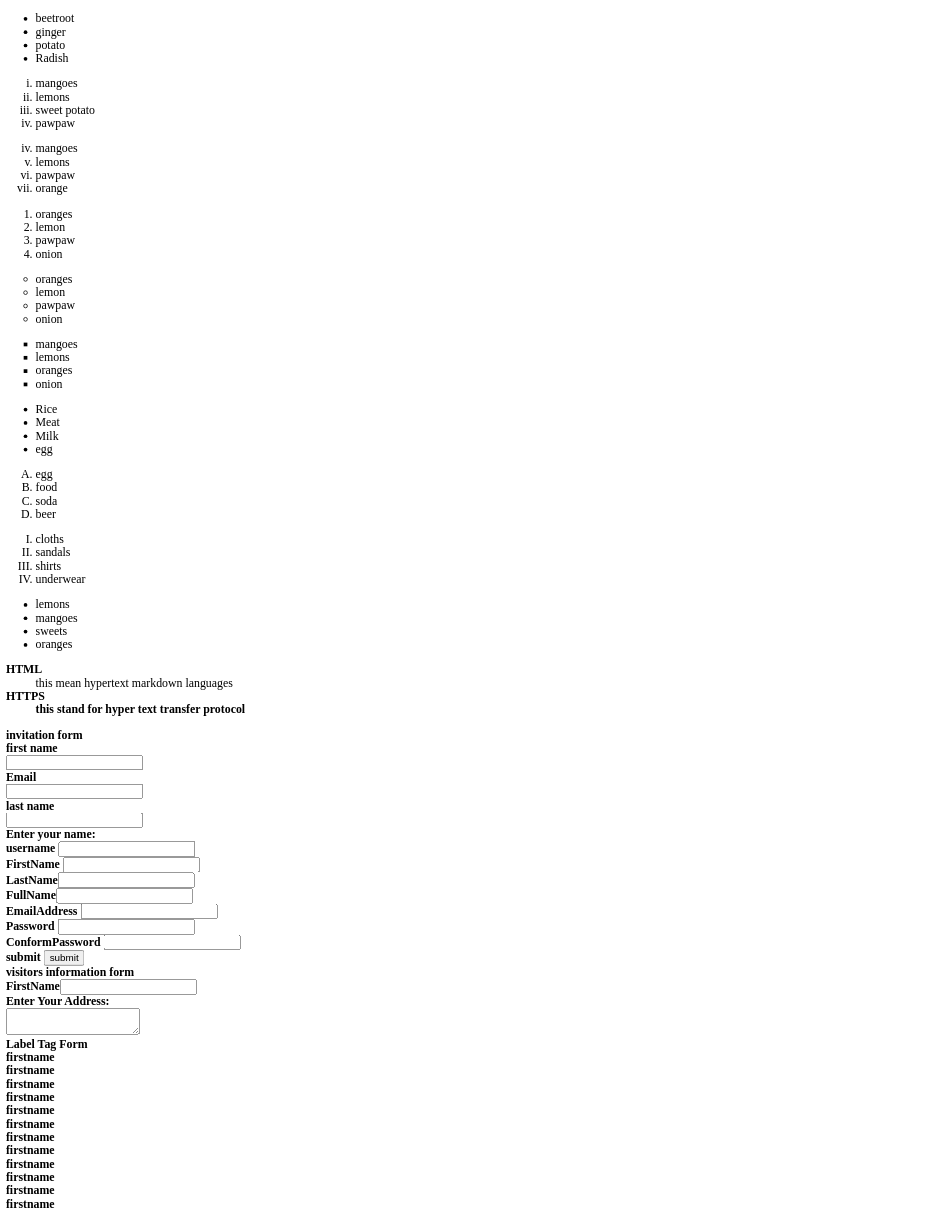
Repository: Okwahi/first--code-lessons
Page: Rinato.html
These files come from the project's save history. The page is drawn as it stood at one moment and after the next save; the edit follows.
The browser window is 1280 px wide. The pictures show the whole page, at 74% of full size.

Above is the page before, as saved 2023-03-09 13:43:52.

After the next save:
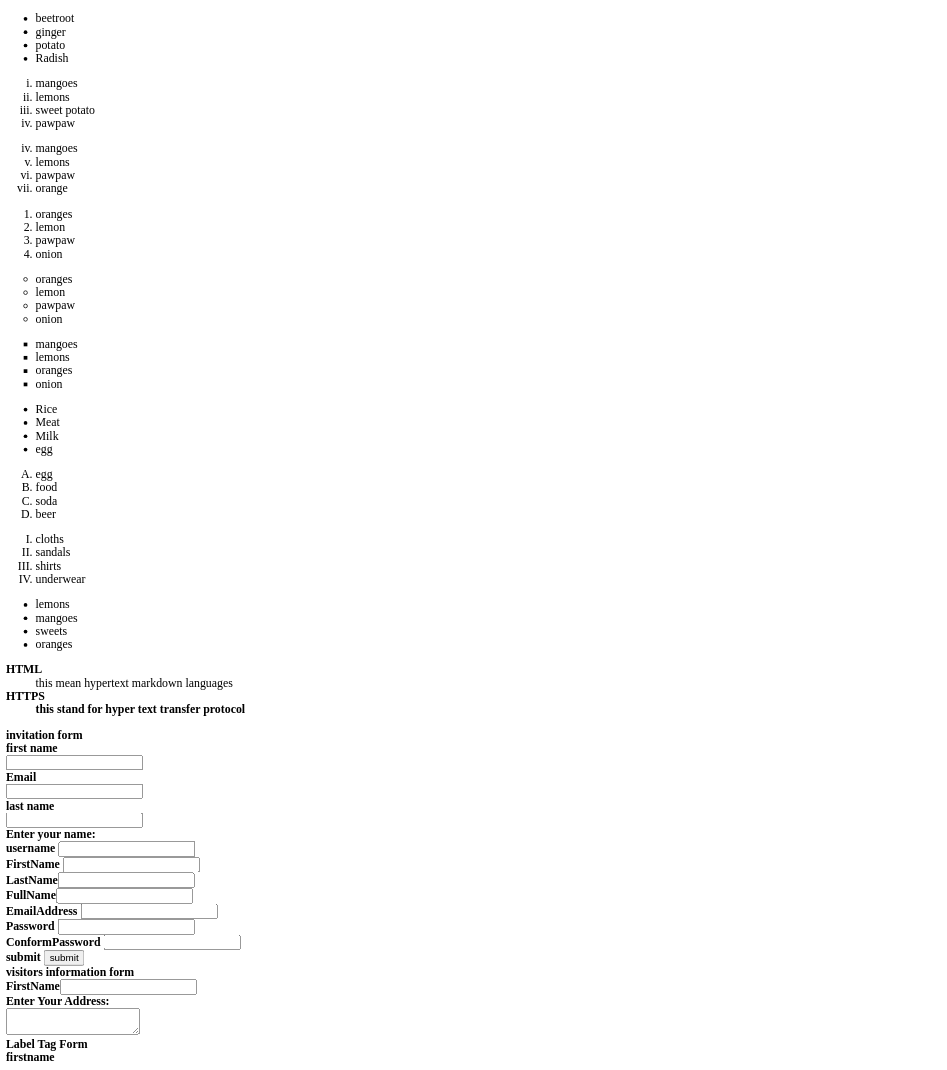
Saved 31 s later.
--- a/Rinato.html
+++ b/Rinato.html
@@ -106,17 +106,7 @@
             </form>
             <form action="">Label Tag Form <br>
                 <label for="firstname">firstname</label> <br>
-                <label for="firstname">firstname</label> <br>
-                <label for="firstname">firstname</label> <br>
-                <label for="firstname">firstname</label> <br>
-                <label for="firstname">firstname</label> <br>
-                <label for="firstname">firstname</label> <br>
-                <label for="firstname">firstname</label> <br>
-                <label for="firstname">firstname</label> <br>
-                <label for="firstname">firstname</label> <br>
-                <label for="firstname">firstname</label> <br>
-                <label for="firstname">firstname</label> <br>
-                <label for="firstname">firstname</label> <br>
+
 
 
 
